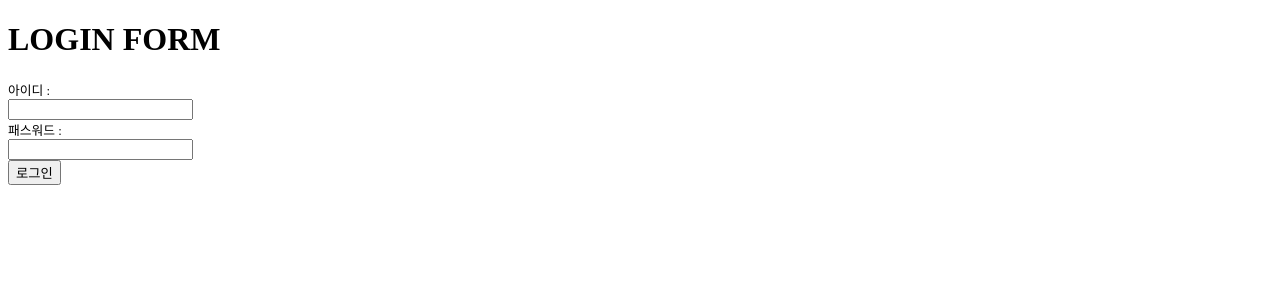
Repository: Leehj9094/JAVA_BOOK-
Page: http://localhost/01JSP/C07/03/login_form.jsp
These files come from the project's save history. The page is drawn as it stood at one moment and after a run of saves; the edit follows.
The browser window is 1280 px wide. The pictures show the whole page.
The page is served by Tomcat 9. Other server files are loaded and not shown.

Above is the page before, as saved 2025-04-03 05:28:06.

### JSP/01JSP/src/main/webapp/C07/03/login_form.jsp
<%@ page language="java" contentType="text/html; charset=UTF-8"
	pageEncoding="UTF-8"%>
<!DOCTYPE html>
<html>
<head>
<meta charset="UTF-8">
<title>Insert title here</title>
<style>
	label{font-size: .8rem;}
	span{font-size:.5rem; color:red;}
</style>
</head>
<body>

	<h1>LOGIN FORM</h1>
	<form action="${pageContext.request.contextPath}/C06/02/login.jsp" method="post">
		<div>
		<label>아이디 : </label><span>${username_msg}</span> <br/>
			<input type="text" name="username" />
		</div>
		<div>
			<label>패스워드 : </label><span>${password_msg}</span> <br/>
			<input type="text" name="password" />
		</div>
		<div>
			<button>로그인</button>
		</div>

	</form>

</body>
</html>

After the next 3 saves:
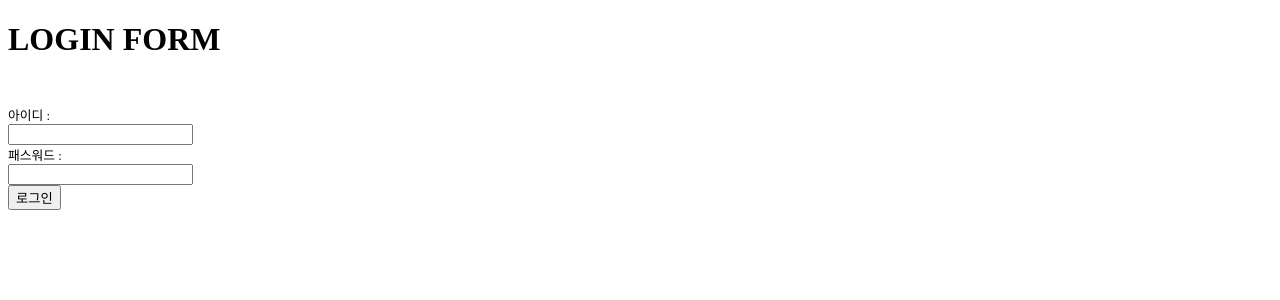
The 3 saves are shown as one change because 2 did not build or start.
The last was saved 5 min 45 s later.
--- a/JSP/01JSP/src/main/webapp/C07/03/login_form.jsp
+++ b/JSP/01JSP/src/main/webapp/C07/03/login_form.jsp
@@ -13,6 +13,8 @@
 <body>
 
 	<h1>LOGIN FORM</h1>
+	<div style="min-height:25px; font-size:.8rem; color:yellow">
+	${param.message}</div>
 	<form action="${pageContext.request.contextPath}/C06/02/login.jsp" method="post">
 		<div>
 		<label>아이디 : </label><span>${username_msg}</span> <br/>
